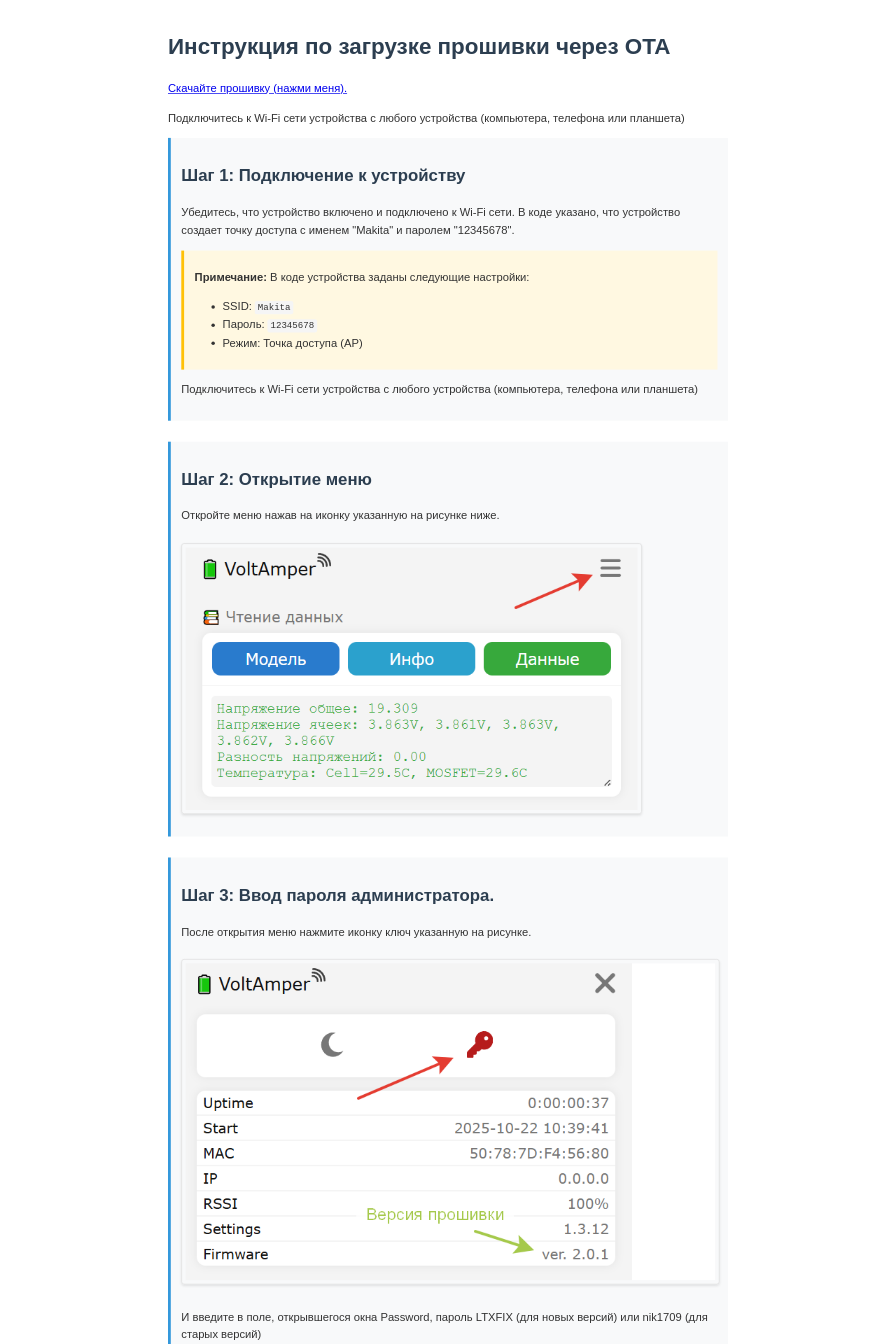
Repository: NikElectronics/ELIXStoFIX
Page: firmware.html
The author's editor kept a copy of each file at every save. The page is drawn from the files as they stood at one save, then again after the next save.
The browser window is 1280 px wide. The pictures show the part of the page from y = 0 to 1920 px (the page is 5266 px tall before and 5324 px after), at 70% of full size.

Above is the page before, as saved 2025-10-27 11:24:29.

### firmware.html
<!DOCTYPE html>
<html lang="ru">

<head>
    <meta charset="UTF-8">
    <meta name="viewport" content="width=device-width, initial-scale=1.0">
    <title>Инструкция по OTA-обновлению</title>
    <style>
        body {
            font-family: Arial, sans-serif;
            line-height: 1.6;
            max-width: 800px;
            margin: 0 auto;
            padding: 20px;
            color: #333;
        }

        h1,
        h2,
        h3 {
            color: #2c3e50;
        }

        .step {
            margin-bottom: 30px;
            padding: 15px;
            border-left: 4px solid #3498db;
            background-color: #f8f9fa;
        }

        .screenshot {
            max-width: 100%;
            border: 1px solid #ddd;
            border-radius: 4px;
            padding: 5px;
            margin: 10px 0;
            box-shadow: 0 2px 4px rgba(0, 0, 0, 0.1);
        }

        .note {
            background-color: #fff8e1;
            border-left: 4px solid #ffc107;
            padding: 10px 15px;
            margin: 15px 0;
        }

        .warning {
            background-color: #ffebee;
            border-left: 4px solid #f44336;
            padding: 10px 15px;
            margin: 15px 0;
        }

        code {
            background-color: #f5f5f5;
            padding: 2px 4px;
            border-radius: 3px;
            font-family: monospace;
        }
    </style>
</head>

<body>

    <h1>Инструкция по загрузке прошивки через OTA</h1>
    <a href="files/lxtfix_V201.bin" download>Скачайте прошивку (нажми меня).</a>
    <p>Подключитесь к Wi-Fi сети устройства с любого устройства (компьютера, телефона или планшета)</p>
    <div class="step">
        <h2>Шаг 1: Подключение к устройству</h2>
        <p>Убедитесь, что устройство включено и подключено к Wi-Fi сети. В коде указано, что устройство создает точку
            доступа с именем "Makita" и паролем "12345678".</p>
        <div class="note">
            <p><strong>Примечание:</strong> В коде устройства заданы следующие настройки:</p>
            <ul>
                <li>SSID: <code>Makita</code></li>
                <li>Пароль: <code>12345678</code></li>
                <li>Режим: Точка доступа (AP)</li>
            </ul>
        </div>
        <p>Подключитесь к Wi-Fi сети устройства с любого устройства (компьютера, телефона или планшета)</p>
    </div>

    <div class="step">
        <h2>Шаг 2: Открытие меню</h2>
        <p>Откройте меню нажав на иконку указанную на рисунке ниже. </p>
        <img src="images/menu.png" alt="Главная страница веб-интерфейса" class="screenshot">
    </div>

    <div class="step">
        <h2>Шаг 3: Ввод пароля администратора.</h2>
        <p>После открытия меню нажмите иконку ключ указанную на рисунке.</p>
        <img src="images/menu_open.png" alt="Главная страница веб-интерфейса" class="screenshot">
        <p>И введите в поле, открывшегося окна Password, пароль LTXFIX (для новых версий) или nik1709 (для старых
            версий)</p>
        <img src="images/password.png" alt="Главная страница веб-интерфейса" class="screenshot">
    </div>

    <div class="step">
        <h2>Шаг 4: Выбор прошивки</h2>
        <p>После ввода правильного пароля иконка ключа станет зеленым и появится иконка ОТА (облако)".</p>
        <p>Нажав на иконку OTA откроется прводник файлов вашего устройства. Найдите и выберите заранее скачанную
            прошивку.</p>
        <img src="images/pass_good.png" alt="Раздел программатора" class="screenshot">
        <div class="note">
            <p><strong>Примечание:</strong> Убедитесь, что файл прошивки имеет правильный формат (обычно .bin) и
                совместим с вашим устройством.</p>
        </div>
    </div>

    <div class="step">
        <h2>Шаг 5: Загрузка новой прошивки</h2>
        <p>После выбора файла прошивки нажмите кнопку ОК для начала загрузки. </p>
        <img src="images/firmware.png" alt="Интерфейс загрузки прошивки" class="screenshot">

    </div>

    <div class="step">
        <h2>Шаг 6: Процесс обновления</h2>
        <p>При обновлении прошивки иконка облако станет зеленым. Не прерывайте процесс обновления и не отключайте
            питание устройства до появления сообщения "OTA завершено" в нижней части экрана.</p>
        <img src="images/green.png" alt="Процесс обновления прошивки" class="screenshot">
        <div class="warning">
            <p><strong>Внимание:</strong> Прерывание процесса обновления может привести к повреждению прошивки и
                необходимости физического перепрограммирования устройства!</p>
        </div>
    </div>

    <div class="step">
        <h2>Шаг 7: Завершение обновления</h2>
        <p>После успешной загрузки прошивки устройство обычно перезагружается автоматически. Если этого не произошло, вы
            можете перезагрузить устройство вручную с помощью кнопки "Перезагрузить" в веб-интерфейсе или выключив и включив питание.</p>
    </div>

    <div class="step">
        <h2>Шаг 8: Проверка новой версии</h2>
        <p>После перезагрузки снова откройте меню и проверьте, что версия прошивки изменилась на новую.</p>
        <img src="images/control.png" alt="Процесс обновления прошивки" class="screenshot">
    </div>

    <div class="note">
        <h3>Дополнительная информация</h3>
        <p>В коде устройства реализована система лицензирования через серийный номер. Если после обновления возникают
            проблемы с лицензией, проверьте правильность введенного ключа в разделе программатора. Обратитесь в техподдержку.</p>
    </div>

    <div class="warning">
        <h3>Важные предупреждения</h3>
        <ul>
            <li>Под паролем администратора не совершайте иных действий кроме указанных в данной инструкции.</li>
            <li>Убедитесь, что источник прошивки надежный и файл не поврежден</li>
            <li>Не прерывайте процесс обновления</li>
            <li>Убедитесь, что устройство имеет стабильное питание во время обновления</li>
        </ul>
    </div>
</body>

</html>

After the next save:
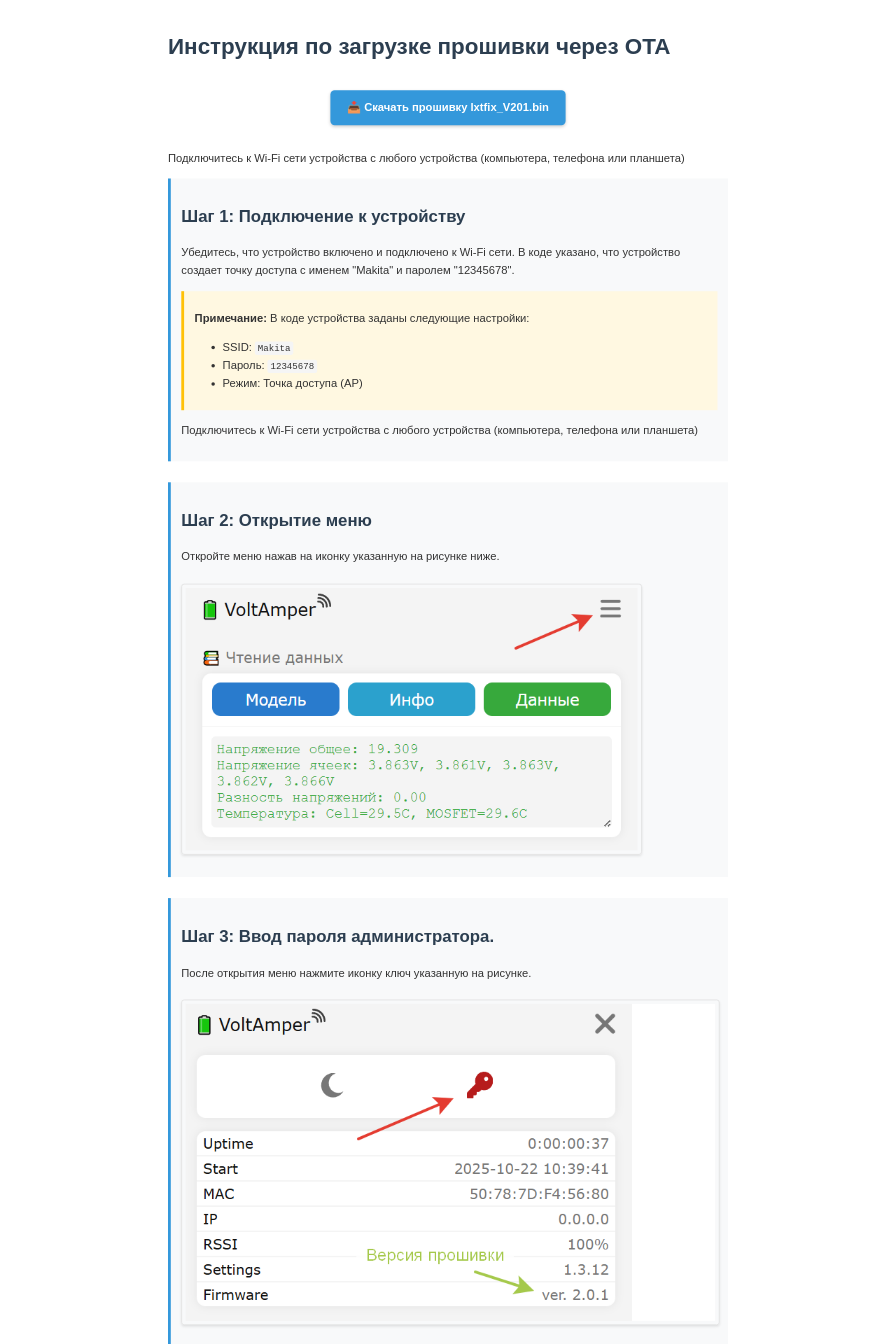
Saved 16 h 57 min later.
--- a/firmware.html
+++ b/firmware.html
@@ -57,13 +57,48 @@
             border-radius: 3px;
             font-family: monospace;
         }
+
+        .download-btn {
+            display: inline-block;
+            background-color: #3498db;
+            color: white;
+            padding: 12px 24px;
+            text-decoration: none;
+            border-radius: 6px;
+            font-weight: bold;
+            transition: all 0.3s ease;
+            box-shadow: 0 2px 5px rgba(0, 0, 0, 0.2);
+            margin: 15px 0;
+        }
+
+        .download-btn:hover {
+            background-color: #2980b9;
+            transform: translateY(-2px);
+            box-shadow: 0 4px 8px rgba(0, 0, 0, 0.2);
+        }
+
+        .download-btn:active {
+            transform: translateY(0);
+            box-shadow: 0 2px 3px rgba(0, 0, 0, 0.2);
+        }
+
+        .download-container {
+            text-align: center;
+            margin: 20px 0;
+        }
     </style>
 </head>
 
 <body>
 
     <h1>Инструкция по загрузке прошивки через OTA</h1>
-    <a href="files/lxtfix_V201.bin" download>Скачайте прошивку (нажми меня).</a>
+
+    <div class="download-container">
+        <a href="files/lxtfix_V201.bin" download class="download-btn">
+            📥 Скачать прошивку lxtfix_V201.bin
+        </a>
+    </div>
+
     <p>Подключитесь к Wi-Fi сети устройства с любого устройства (компьютера, телефона или планшета)</p>
     <div class="step">
         <h2>Шаг 1: Подключение к устройству</h2>
